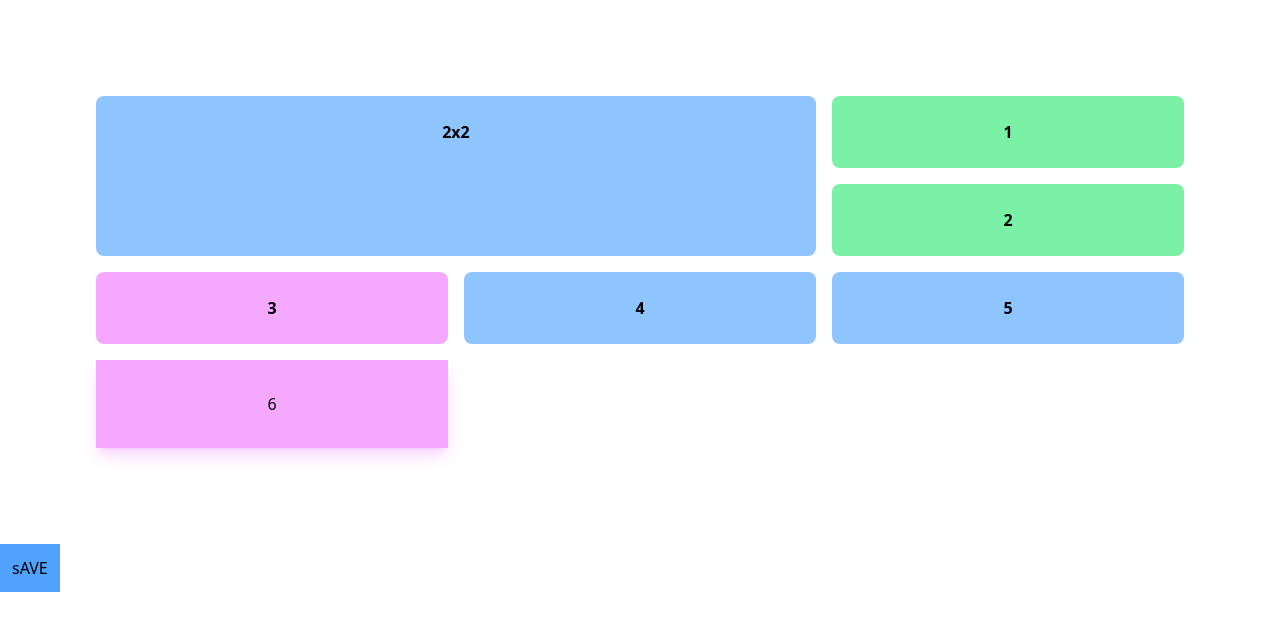
Repository: Abdulahi338/TailwindCss-exercise
Page: Exercise3/index.html
An editor plug-in stored every save of this project. The page is shown before and after the next save, followed by the edit.
The browser window is 1280 px wide. The pictures show the whole page.

Above is the page before, as saved 2025-08-12 17:55:24.

### Exercise3/index.html
<!DOCTYPE html>
<html lang="en">
<head>
    <meta charset="UTF-8">
    <meta name="viewport" content="width=device-width, initial-scale=1.0">
        <script src="https://cdn.jsdelivr.net/npm/@tailwindcss/browser@4"></script>

    <title>Exercise 2</title>
</head>
<body>

    <div class="grid grid-cols-3 grid-rwos-3 gap-4 m-24 text-center">
        <div class="bg-blue-300 p-6 font-bold col-span-2 row-span-2 rounded-lg"">2x2</div>
        <div class="bg-green-300 p-6 font-bold rounded-lg">1</div>
        <div class="bg-green-300 p-6 font-bold rounded-lg"">2</div>
        <div class="bg-fuchsia-300 p-6 font-bold rounded-lg"">3</div>
        <div class="bg-blue-300 p-6 font-bold rounded-lg"">4</div>
        <div class="bg-blue-300 p-6 font-bold rounded-lg"">5</div>
        <div class="bg-fuchsia-300 p-8 font-med shadow-lg shadow-fuchsia-300/50">6</div>

    </div>
            <button class="p-3 mx-auto w- bg-blue-400">sAVE</button>



</body>
</html>

After the next save:
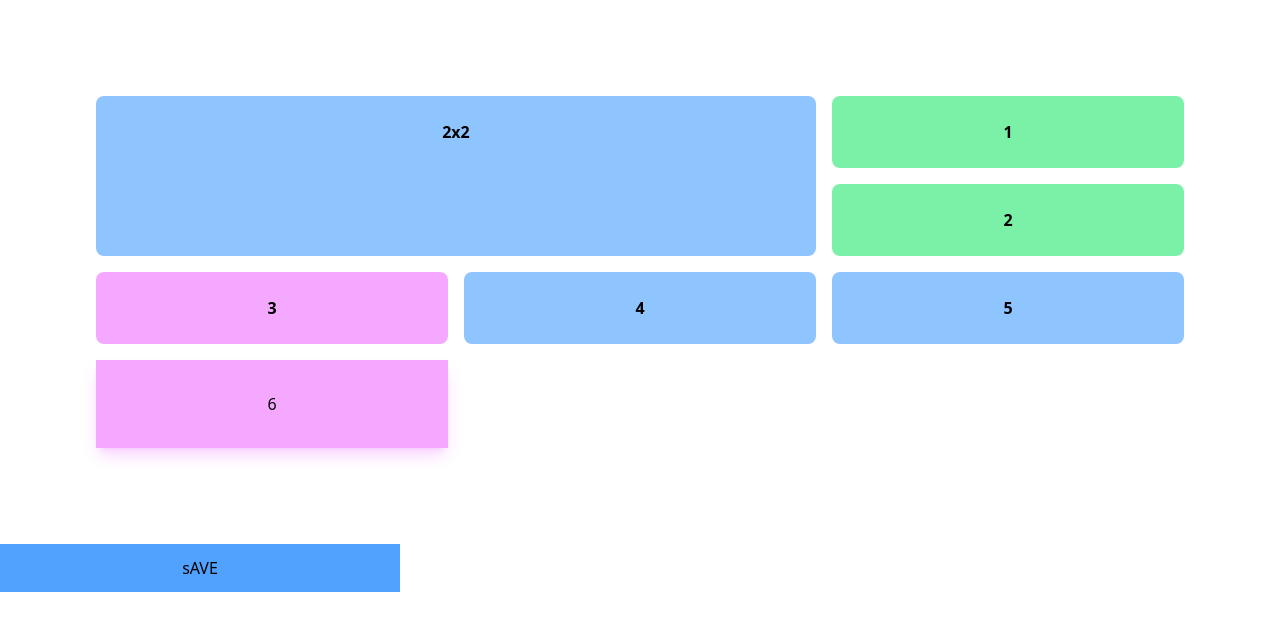
Saved 5 s later.
--- a/Exercise3/index.html
+++ b/Exercise3/index.html
@@ -19,7 +19,7 @@
         <div class="bg-fuchsia-300 p-8 font-med shadow-lg shadow-fuchsia-300/50">6</div>
 
     </div>
-            <button class="p-3 mx-auto w- bg-blue-400">sAVE</button>
+            <button class="p-3 mx-auto w-100  bg-blue-400">sAVE</button>
 
 
 
